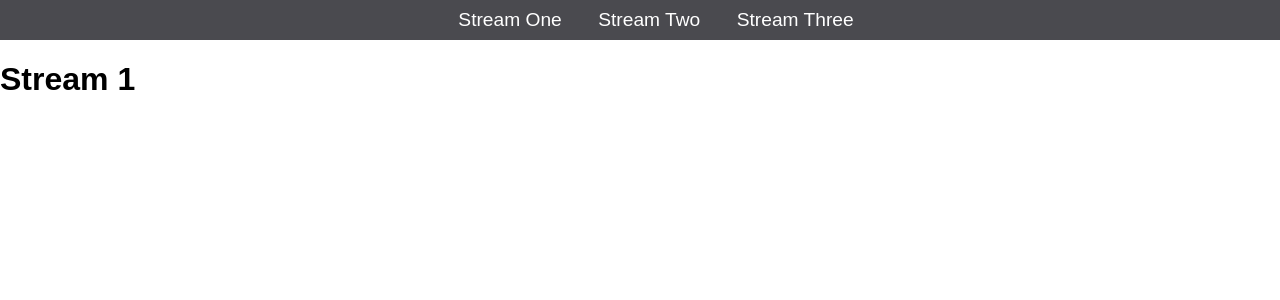
Repository: mick3/my-first-website
Page: stream-one.html
The author's editor kept a record of every edit. The page is drawn from the files as they stood at one moment, then again after the next edit.
The browser window is 1280 px wide. The pictures show the whole page.

Above is the page before.

### stream-one.html
<!DOCTYPE html>
<html>
    <head>
        <title>Hello World</title>

        <link rel="stylesheet" href="css/style.css" type="text/css" />
    </head>
    <body>
    <nav>
        <ul>
            <li><a href="stream-one.html">Stream One</a></li>
            <li><a href="stream-two.html">Stream Two</a></li>
            <li><a href="stream-three.html">Stream Three</a></li>
        </ul>
    </nav>
    <h1>Stream 1</h1>
    <div class="card">
        <a href="">
            <img />
            <h2></h2>
        </a>
    </div>
    </body>

</html>

### css/style.css
body {
    margin: 0;
    padding: 0;
    font-family: "Oswald", sans-serif;
}

nav ul {
    list-style: none;
    background-color: #4a4a4f;
    text-align: center;
    margin: 0;
    padding: 0;
}

nav li {
    font-size: 1.2em;
    line-height: 40px;
    height: 40px;
    display: inline-block;
    margin-left: 2.5%;
}

nav a {
    text-decoration: none;
    color: #ffffff;
    display: block;
}

nav a:hover {
    background-color: #ffffff;
    color: #4a4a4f;
}

After the next edit:
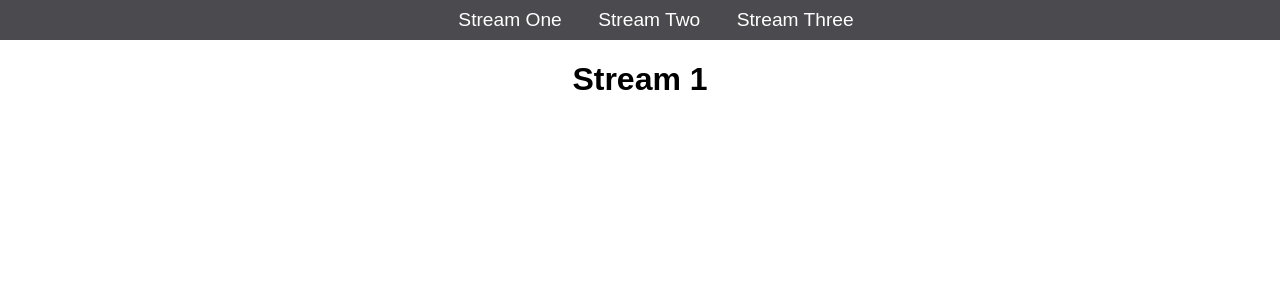
The edit:
--- a/css/style.css
+++ b/css/style.css
@@ -30,3 +30,21 @@
     background-color: #ffffff;
     color: #4a4a4f;
 }
+
+.card {
+    float: left;
+    width: 20%;
+    margin-left: 10%;
+}
+
+.card a {
+    text-align: center
+}
+
+img {
+    width: 100%;
+}
+
+h1 {
+    text-align: center;
+}

After the 3 edits that followed:
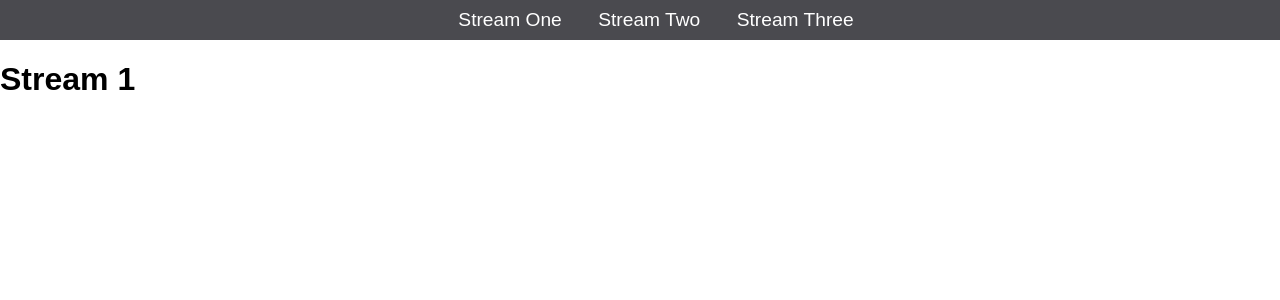
The 3 edits are shown as one change because 2 left the picture as it was.
The edit:
--- a/css/style.css
+++ b/css/style.css
@@ -38,13 +38,13 @@
 }
 
 .card a {
-    text-align: center
+    text-align: center;
 }
 
 img {
     width: 100%;
 }
 
-h1 {
+h2 {
     text-align: center;
 }
